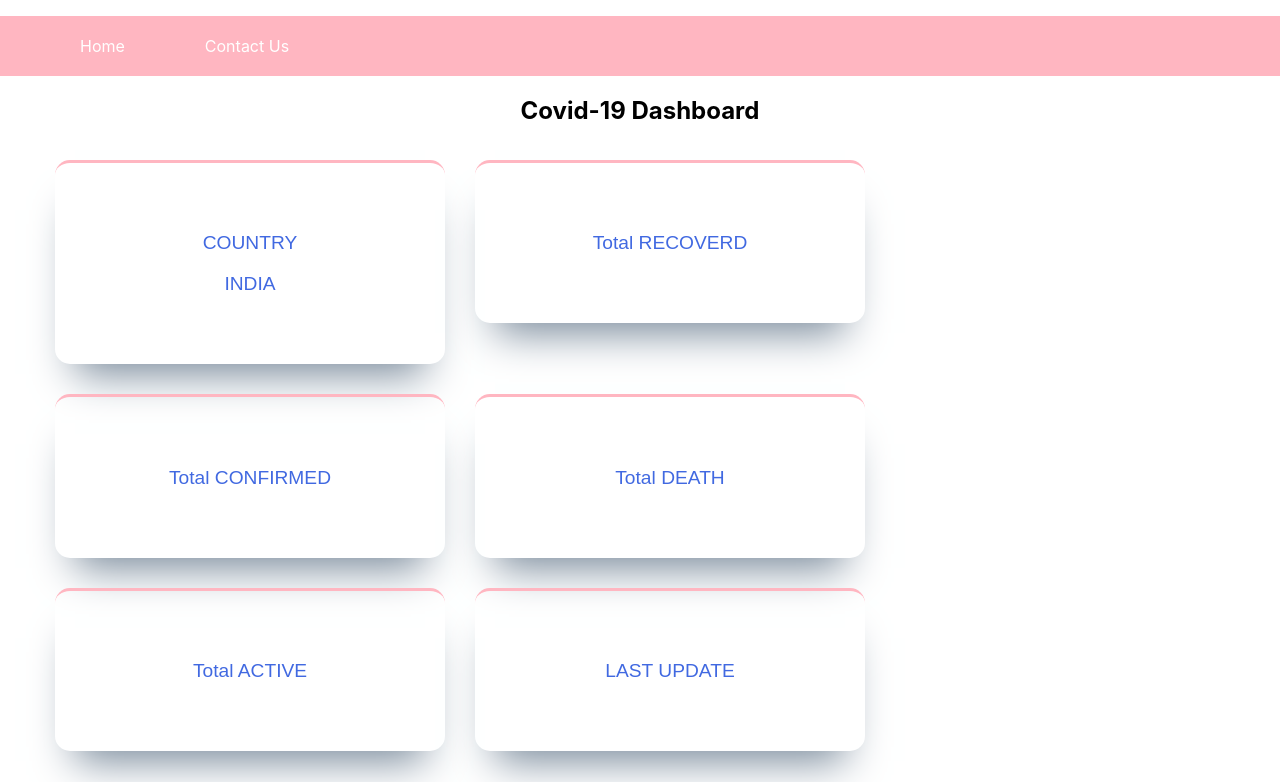
Repository: Aniketlamage/covid19-dashboard
Page: /
These files come from the project's save history. The page is drawn as it stood at one moment and after the next save; the edit follows.
The browser window is 1280 px wide. The pictures show the whole page.
The page's requests for data from a server got no answer. The project was rebuilt for these pictures with package versions that can differ from the ones it lists, and the page was loaded fresh each time. No one was signed in, and anything a server would have sent is missing.

Above is the page before, as saved 2021-09-30 22:34:17.

After the next save:
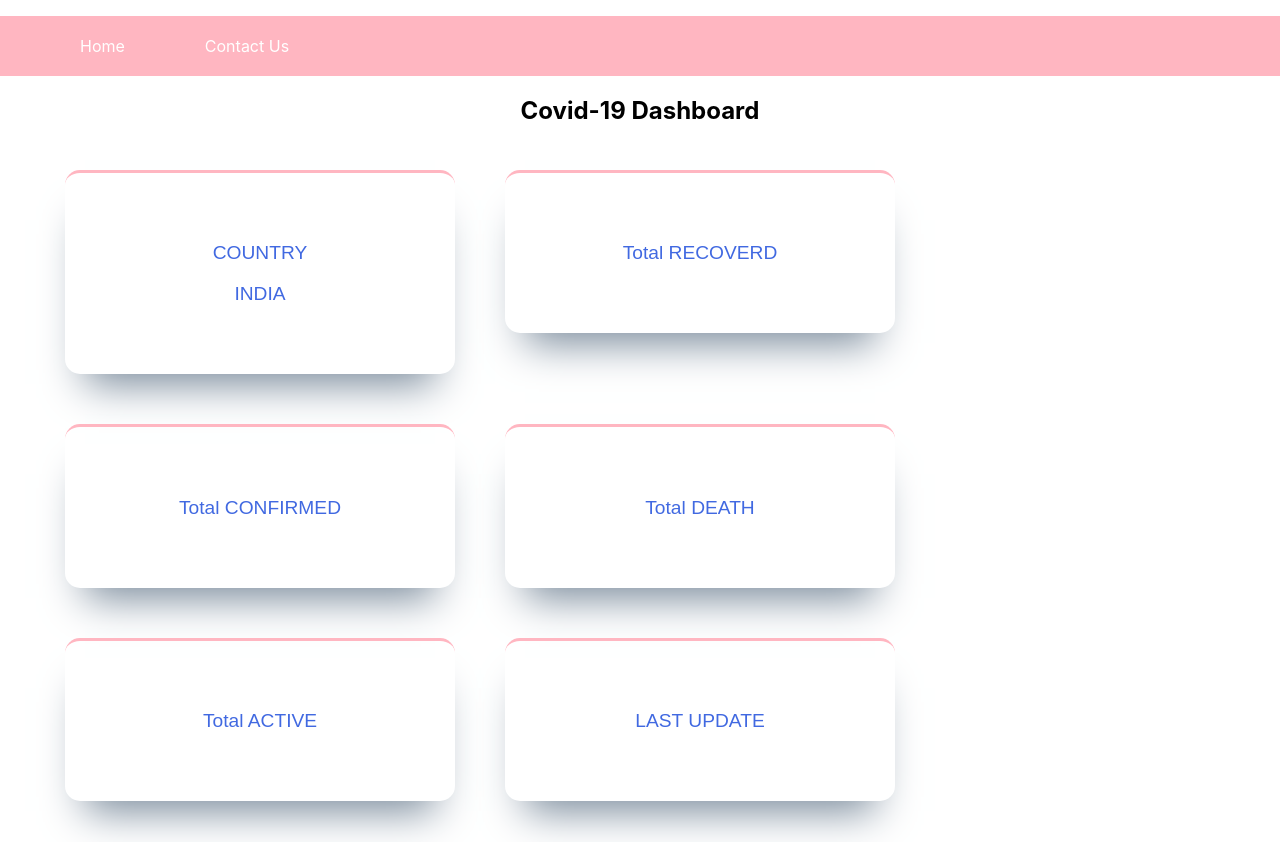
Saved 14 s later.
--- a/src/components/covid.css
+++ b/src/components/covid.css
@@ -29,7 +29,7 @@ div.card__main{
     border-top: lightpink solid;
     width: 290px;
     padding: 50px;
-    margin: 15px;
+    margin: 25px;
     align-items: center;
     cursor: pointer;
     box-shadow: 0px 30px 40px -20px lightslategray;
